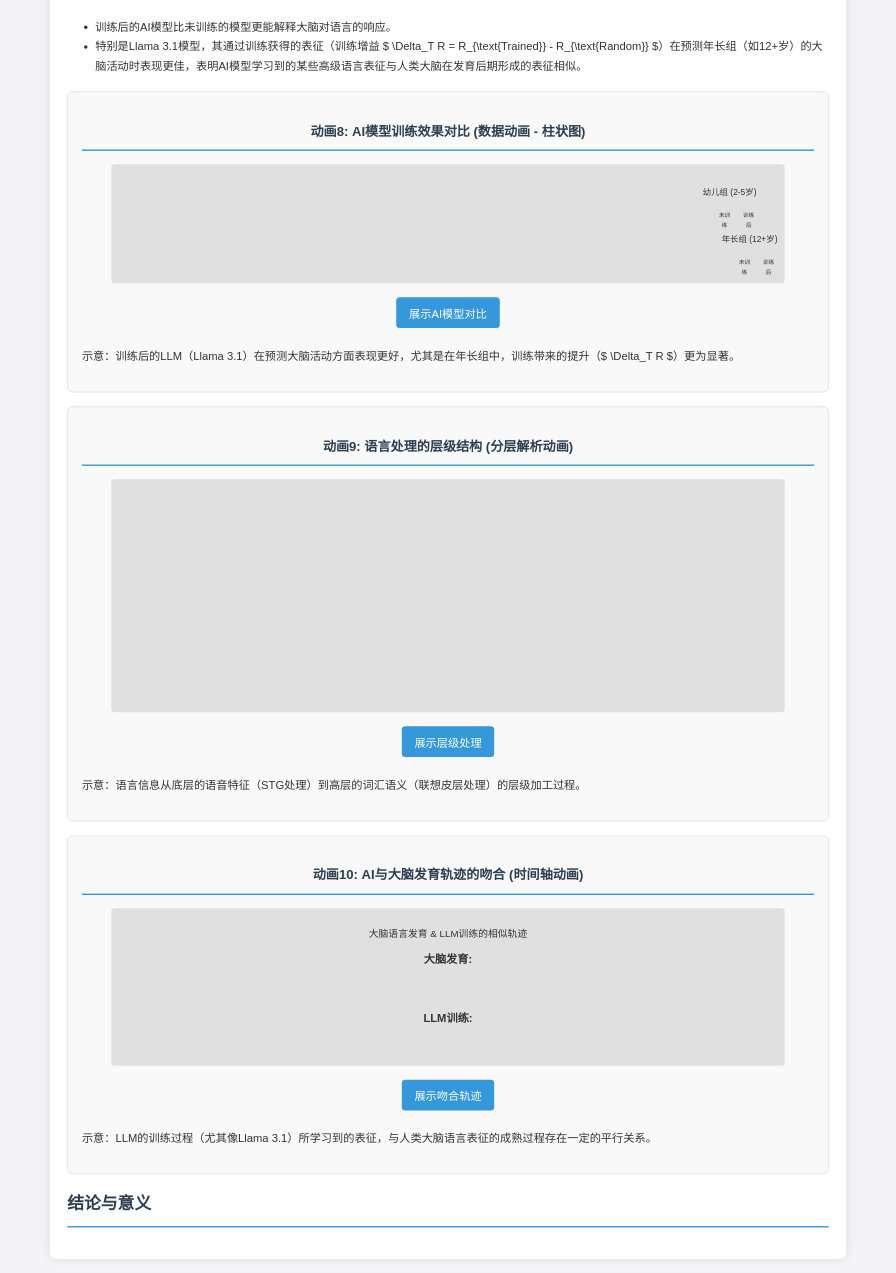
Repository: james130012/newcline
Page: useful/5.神经网络和年长大脑.html
An editor plug-in stored every save of this project. The page is shown before and after the next save, followed by the edit.
The browser window is 1280 px wide. The pictures show the part of the page from y = 4332 to 6252 px (the page is 6150 px tall before and 6252 px after), at 70% of full size.

Above is the page before, as saved 2025-05-16 08:05:32.

### useful/5.神经网络和年长大脑.html
<!DOCTYPE html>
<html lang="zh-CN">
<head>
    <meta charset="UTF-8">
    <meta name="viewport" content="width=device-width, initial-scale=1.0">
    <title>研究解读：语言在发育中大脑的涌现</title>
    <script src="https://unpkg.com/mathjax@3/es5/tex-mml-chtml.js" id="MathJax-script" async></script>
    <style>
        body {
            font-family: 'Arial', 'Helvetica Neue', 'Microsoft YaHei', sans-serif;
            line-height: 1.8;
            margin: 0;
            padding: 0;
            background-color: #f4f4f8;
            color: #333;
        }
        .container {
            width: 85%;
            margin: 20px auto;
            padding: 25px;
            background-color: #fff;
            box-shadow: 0 0 15px rgba(0,0,0,0.1);
            border-radius: 10px;
        }
        h1, h2, h3 {
            color: #2c3e50;
            border-bottom: 2px solid #3498db;
            padding-bottom: 10px;
        }
        h1 { text-align: center; }
        p { text-align: justify; }
        .animation-container {
            border: 1px solid #ddd;
            padding: 20px;
            margin: 20px 0;
            border-radius: 8px;
            background-color: #f9f9f9;
            text-align: center;
        }
        .animation-box {
            width: 90%;
            min-height: 150px;
            background-color: #e0e0e0;
            margin: 10px auto;
            padding:10px;
            border-radius: 5px;
            display: flex;
            align-items: center;
            justify-content: center;
            flex-direction: column;
            position: relative;
            overflow: hidden;
        }
        button {
            background-color: #3498db;
            color: white;
            border: none;
            padding: 10px 18px;
            text-align: center;
            text-decoration: none;
            display: inline-block;
            font-size: 16px;
            margin: 10px 5px;
            cursor: pointer;
            border-radius: 5px;
            transition: background-color 0.3s ease;
        }
        button:hover {
            background-color: #2980b9;
        }
        .hidden { display: none; }
        .fade-in { animation: fadeIn 1s ease-in-out; }
        @keyframes fadeIn {
            from { opacity: 0; }
            to { opacity: 1; }
        }
        .brain-outline {
            width: 100px;
            height: 100px;
            background-image: url('data:[embedded picture, 957 characters]');
            background-repeat: no-repeat;
            background-position: center;
            background-size: contain;
        }
        .sound-wave {
            width: 30px;
            height: 50px;
            background-image: url('data:[embedded picture, 235 characters]');
            animation: pulse 1.5s infinite;
            opacity: 0;
        }
        @keyframes pulse {
            0%, 100% { transform: scale(1); }
            50% { transform: scale(1.2); }
        }
        @keyframes pop-in {
            from { transform: scale(0); opacity: 0; }
            to { transform: scale(1); opacity: 1; }
        }
        .bar-chart-bar {
            background-color: #3498db;
            margin: 0 5px;
            display: inline-block;
            transition: height 1s ease-in-out;
            width: 30px;
            position: relative;
        }
        .bar-label {
            position: absolute;
            bottom: -20px;
            width: 100%;
            text-align: center;
            font-size: 10px;
        }
        .process-step {
            margin: 5px;
            padding: 10px;
            border: 1px solid #ccc;
            border-radius: 4px;
            display: inline-block;
            opacity: 0;
            transform: translateX(-20px);
            transition: opacity 0.5s, transform 0.5s;
        }
        .arrow {
            font-size: 20px;
            margin: 0 10px;
            opacity: 0;
            transition: opacity 0.5s 0.3s;
        }
        .flow-box {
            padding: 15px;
            border: 2px dashed #2ecc71;
            margin:10px;
            border-radius:5px;
            width:40%;
            text-align:center;
        }
        .line-graph-point {
            width: 8px;
            height: 8px;
            border-radius: 50%;
            position: absolute;
            background-color: red;
            opacity:0;
        }
        .legend-item {
            display:inline-block;
            margin-right:15px;
            font-size:12px;
        }
        .legend-color {
            width:12px;
            height:12px;
            display:inline-block;
            margin-right:5px;
            vertical-align:middle;
        }
        .brain-region {
            position:absolute;
            border:1px solid;
            border-radius:50%;
            padding:5px;
            font-size:10px;
            text-align:center;
            transition: background-color 0.5s, transform 0.5s;
        }
        .stg {
            top:40%;
            left:20%;
            width:30px;
            height:30px;
            background-color:#f39c12;
            border-color:#d35400;
        }
        .assoc-cortex {
            top:20%;
            left:50%;
            width:50px;
            height:50px;
            background-color:#3498db;
            border-color:#2980b9;
        }
        .hier-level {
            margin: 10px;
            padding: 10px;
            background-color: #ecf0f1;
            border-radius: 4px;
            border-left: 5px solid;
            transition: transform 0.5s, opacity 0.5s;
        }
        .phoneme-level { border-color: #e74c3c; }
        .word-level { border-color: #2ecc71; }
        .timeline {
            display: flex;
            justify-content: space-between;
            margin-top:10px;
            padding: 0 10%;
        }
        .timeline-event {
            opacity: 0;
            transition: opacity 1s;
            background-color: #95a5a6;
            color:white;
            padding:5px;
            border-radius:3px;
            font-size:12px;
        }
    </style>
</head>
<body>
    <div class="container">
        <h1>研究解读：语言在发育中大脑的涌现</h1>
        <p>本文基于 Linnea Evanson 等人于2025年5月12日发表的研究《Emergence of Language in the Developing Brain》，从物理和逻辑层面探讨儿童、青少年及成人在语言发展过程中大脑神经机制的奥秘。</p>

        <h2>引言：语言习得的奇迹</h2>
        <p>儿童仅凭数百万词汇的输入便能掌握复杂的语言，这一能力令人惊叹，但其背后的大脑机制仍有许多未知。该研究通过先进的神经科学技术和计算模型，旨在揭示语言表征在不同年龄段大脑中的位置、动态及其发展层级。</p>

        <div class="animation-container">
            <h3>动画1: 研究核心探索 (概念动画)</h3>
            <div class="animation-box" id="anim1-box">
                <div class="brain-outline" id="anim1-brain"></div>
                <div class="sound-wave" id="anim1-sound" style="left: 20%;"></div>
                <div id="anim1-text" class="word-bubble hidden" style="margin-top:10px;">大脑如何处理和学习语言？</div>
            </div>
            <button onclick="playAnim1()">播放动画</button>
            <p>示意：声波进入大脑，大脑特定区域被激活，展现语言处理过程。</p>
        </div>

        <h2>研究方法：多维度解析</h2>
        <p>研究团队记录了46名因癫痫监测而植入颅内电极的参与者（年龄从2岁到46岁不等）在聆听法语有声书《小王子》时的神经活动数据，涉及超过7400个电极。他们运用了基于语言学理论和大型语言模型（LLMs）的神经编码与解码模型来分析这些数据。</p>

        <div class="animation-container">
            <h3>动画2: 被试年龄分布 (数据动画)</h3>
            <div class="animation-box" id="anim2-box" style="display:flex; align-items:flex-end; height:120px;">
                <div id="bar_2_5" class="bar-chart-bar" style="height:0px; background-color:#1abc9c;"><span class="bar-label">2-5岁 (n=10)</span></div>
                <div id="bar_6_11" class="bar-chart-bar" style="height:0px; background-color:#3498db;"><span class="bar-label">6-11岁 (n=16)</span></div>
                <div id="bar_12_plus" class="bar-chart-bar" style="height:0px; background-color:#9b59b6;"><span class="bar-label">12+岁 (n=20)</span></div>
            </div>
            <button onclick="playAnim2()">展示数据</button>
            <p>示意：柱状图展示三个年龄组的被试数量。2-5岁组有10名参与者，6-11岁组有16名，12岁以上组有20名。</p>
        </div>

        <div class="animation-container">
            <h3>动画3: 实验流程示意 (流程动画)</h3>
            <div class="animation-box" id="anim3-box">
                <span id="anim3-step1" class="process-step">儿童/成人被试</span>
                <span id="anim3-arrow1" class="arrow">&rarr;</span>
                <span id="anim3-step2" class="process-step">听《小王子》有声书</span>
                <span id="anim3-arrow2" class="arrow">&rarr;</span>
                <span id="anim3-step3" class="process-step">颅内脑电(SEEG)记录</span>
            </div>
            <button onclick="playAnim3()">展示流程</button>
            <p>示意：被试听故事，同时记录其大脑神经活动。</p>
        </div>

        <div class="animation-container">
            <h3>动画4: 神经编码与解码模型 (概念/流程动画)</h3>
            <div class="animation-box" id="anim4-box" style="flex-direction: row; justify-content: space-around;">
                <div id="anim4-encoding" class="flow-box hidden">
                    <h4>编码 (Encoding)</h4>
                    语言特征 &rarr; 模型 &rarr; 预测大脑活动
                    <p style="font-size:12px;">$ \text{预测脑活动} \approx W \cdot \overline{Y}_{\text{语言特征}} $</p>
                    <p style="font-size:10px;">目标: $ \min_W ||X - \overline{Y}W||^2 + \lambda_c ||W||^2 $</p>
                </div>
                <div id="anim4-decoding" class="flow-box hidden">
                    <h4>解码 (Decoding)</h4>
                    大脑活动 &rarr; 模型 &rarr; 预测语言特征
                    <p style="font-size:12px;">$ \text{预测语言特征} \approx V \cdot \overline{X}_{\text{脑活动}} $</p>
                </div>
            </div>
            <button onclick="playAnim4('encoding')">理解编码</button>
            <button onclick="playAnim4('decoding')">理解解码</button>
            <p>示意：编码是将语言特征映射到大脑活动，解码则相反。</p>
        </div>

        <h2>核心发现：语言表征的动态发展</h2>
        <p>研究发现，即便在2-5岁的幼儿大脑中，也已存在广泛的语言特征表征。然而，这些表征会随着年龄增长而演化：</p>
        <ul>
            <li><b>快速语音特征（如音素）</b>：在最年幼的个体（2-5岁）的颞上回（STG）就已出现。</li>
            <li><b>较慢的词级表征</b>：仅在年龄较大的个体（如12岁以上）的联想皮层中才涌现。</li>
        </ul>

        <div class="animation-container">
            <h3>动画5: 语音与词汇表征的年龄差异 (空间结构动画)</h3>
            <div class="animation-box" id="anim5-box">
                <div style="text-align:center; margin-bottom:10px;">
                    <span class="legend-item"><span class="legend-color" style="background-color:#f39c12;"></span>语音表征 (STG)</span>
                    <span class="legend-item"><span class="legend-color" style="background-color:#3498db;"></span>词汇表征 (联想皮层)</span>
                </div>
                <div id="anim5-brain-young" class="brain-outline" style="display:inline-block; margin-right:20px; position:relative;">
                    <div class="brain-region stg" id="anim5-young-phonetic" style="opacity:0;"></div>
                    <div class="brain-region assoc-cortex" id="anim5-young-word" style="opacity:0; background-color:#aed6f1;"></div>
                    <p style="font-size:12px; margin-top:105px;">2-5岁</p>
                </div>
                <div id="anim5-brain-older" class="brain-outline" style="display:inline-block; position:relative;">
                    <div class="brain-region stg" id="anim5-older-phonetic" style="opacity:0;"></div>
                    <div class="brain-region assoc-cortex" id="anim5-older-word" style="opacity:0;"></div>
                    <p style="font-size:12px; margin-top:105px;">12+岁</p>
                </div>
            </div>
            <button onclick="playAnim5()">对比表征区域</button>
            <p>示意：幼儿的颞上回（STG）已处理语音，而词汇表征在年长者联想皮层更显著。</p>
        </div>

        <p>在时间动态上，语音特征的神经响应在音素出现前即开始，约150毫秒达到峰值后迅速回落。相比之下，词汇特征的神经响应在词语出现前1秒便开始上升，约350毫秒达到峰值，并持续长达2秒。</p>

        <div class="animation-container">
            <h3>动画6: 语言特征的时间动态 (数据动画 - 曲线图)</h3>
            <div class="animation-box" id="anim6-box" style="height:150px;">
                <svg width="90%" height="130" style="border:1px solid #ccc; background-color:white;">
                    <line x1="10" y1="110" x2="280" y2="110" stroke="black" stroke-width="1"/>
                    <line x1="10" y1="10" x2="10" y2="110" stroke="black" stroke-width="1"/>
                    <polyline id="anim6-phonetic-curve" points="" stroke="#e74c3c" stroke-width="2" fill="none" style="opacity:0;"/>
                    <polyline id="anim6-lexical-curve" points="" stroke="#2980b9" stroke-width="2" fill="none" style="opacity:0;"/>
                    <text x="50" y="125" font-size="10">0ms</text>
                    <text x="100" y="125" font-size="10">150ms</text>
                    <text x="150" y="125" font-size="10">350ms</text>
                    <text x="200" y="125" font-size="10">~1s</text>
                </svg>
                <div style="text-align:center; margin-top:5px;">
                    <span class="legend-item"><span class="legend-color" style="background-color:#e74c3c;"></span>语音特征</span>
                    <span class="legend-item"><span class="legend-color" style="background-color:#2980b9;"></span>词汇特征</span>
                </div>
            </div>
            <button onclick="playAnim6()">展示时间曲线</button>
            <p>示意：语音特征响应快而短暂，词汇特征响应慢而持久。</p>
        </div>

        <p>从大脑区域来看，语言表征网络随着年龄增长而扩展。年幼组（2-5岁）在颞上回（STG）有清晰的语言表征，但在顶下小叶（IPL）、外侧/额下皮层（L/IFC）和颞前叶（ATL）的表征相较于年长组则不明显或缺失。这表明语言功能从核心区域逐渐扩展到更广泛的皮层网络。</p>

        <div class="animation-container">
            <h3>动画7: 大脑区域贡献的演变 (网络/空间动画)</h3>
            <div class="animation-box" id="anim7-box" style="background-image: url('data:[embedded picture, 914 characters]');
                background-repeat: no-repeat;
                background-position: center;
                background-size: contain;
                position: relative;
                height: 150px;
            </div>
            <div id="anim7-status" style="position:absolute; top:5px; left:5px; font-size:14px; background:rgba(255,255,255,0.7); padding:3px;">年龄: 2-5岁</div>
            <button onclick="playAnim7()">展示区域激活演变</button>
            <p>示意：语言网络激活从STG核心区随年龄增长扩展到L/IFC、ATL等区域。</p>
        </div>

        <h2>AI模型的启示：模拟与验证</h2>
        <p>引人注目的是，大型语言模型（如wav2vec 2.0处理语音，Llama 3.1处理文本）能够自发捕捉到这种神经发育轨迹。研究显示：</p>
        <ul>
            <li>训练后的AI模型比未训练的模型更能解释大脑对语言的响应。</li>
            <li>特别是Llama 3.1模型，其通过训练获得的表征（训练增益 $ \Delta_T R = R_{\text{Trained}} - R_{\text{Random}} $）在预测年长组（如12+岁）的大脑活动时表现更佳，表明AI模型学习到的某些高级语言表征与人类大脑在发育后期形成的表征相似。</li>
        </ul>

        <div class="animation-container">
            <h3>动画8: AI模型训练效果对比 (数据动画 - 柱状图)</h3>
            <div class="animation-box" id="anim8-box" style="display:flex; align-items:flex-end; height:120px;">
                <div style="margin-right:30px;">
                    <p style="font-size:12px; margin-bottom:5px;">幼儿组 (2-5岁)</p>
                    <div id="bar_young_untrained" class="bar-chart-bar" style="height:0px; background-color:#f1c40f; width:20px;"><span class="bar-label" style="font-size:8px;">未训练</span></div>
                    <div id="bar_young_trained" class="bar-chart-bar" style="height:0px; background-color:#e67e22; width:20px;"><span class="bar-label" style="font-size:8px;">训练后</span></div>
                </div>
                <div>
                    <p style="font-size:12px; margin-bottom:5px;">年长组 (12+岁)</p>
                    <div id="bar_old_untrained" class="bar-chart-bar" style="height:0px; background-color:#f1c40f; width:20px;"><span class="bar-label" style="font-size:8px;">未训练</span></div>
                    <div id="bar_old_trained" class="bar-chart-bar" style="height:0px; background-color:#e67e22; width:20px;"><span class="bar-label" style="font-size:8px;">训练后</span></div>
                </div>
            </div>
            <button onclick="playAnim8()">展示AI模型对比</button>
            <p>示意：训练后的LLM（Llama 3.1）在预测大脑活动方面表现更好，尤其是在年长组中，训练带来的提升（$ \Delta_T R $）更为显著。</p>
        </div>

        <div class="animation-container">
            <h3>动画9: 语言处理的层级结构 (分层解析动画)</h3>
            <div class="animation-box" id="anim9-box">
                <div id="anim9-level1" class="hier-level phoneme-level" style="opacity:0;">输入: "猫" (语音信号)</div>
                <div id="anim9-arrow1" style="font-size:24px; margin:5px 0; opacity:0;">&darr;</div>
                <div id="anim9-level2" class="hier-level phoneme-level" style="opacity:0;">初级处理 (STG): 音素 /m/, /aʊ/</div>
                <div id="anim9-arrow2" style="font-size:24px; margin:5px 0; opacity:0;">&darr;</div>
                <div id="anim9-level3" class="hier-level word-level" style="opacity:0;">高级处理 (联想皮层): 词义 "猫"</div>
            </div>
            <button onclick="playAnim9()">展示层级处理</button>
            <p>示意：语言信息从底层的语音特征（STG处理）到高层的词汇语义（联想皮层处理）的层级加工过程。</p>
        </div>

        <div class="animation-container">
            <h3>动画10: AI与大脑发育轨迹的吻合 (时间轴动画)</h3>
            <div class="animation-box" id="anim10-box" style="flex-direction:column;">
                <p style="font-size:14px; margin-bottom:10px;">大脑语言发育 & LLM训练的相似轨迹</p>
                <div style="width:80%;">
                    <strong>大脑发育:</strong>
                    <div class="timeline">
                        <span id="anim10-brain-s1" class="timeline-event">幼儿期 (语音基础)</span>
                        <span id="anim10-brain-s2" class="timeline-event">学龄期 (词汇丰富)</span>
                        <span id="anim10-brain-s3" class="timeline-event">成年期 (高级语义)</span>
                    </div>
                </div>
                <div style="width:80%; margin-top:15px;">
                    <strong>LLM训练:</strong>
                    <div class="timeline">
                        <span id="anim10-llm-s1" class="timeline-event">早期训练 (基础模式)</span>
                        <span id="anim10-llm-s2" class="timeline-event">中期训练 (复杂结构)</span>
                        <span id="anim10-llm-s3" class="timeline-event">后期训练 (类人表征)</span>
                    </div>
                </div>
            </div>
            <button onclick="playAnim10()">展示吻合轨迹</button>
            <p>示意：LLM的训练过程（尤其像Llama 3.1）所学习到的表征，与人类大脑语言表征的成熟过程存在一定的平行关系。</p>
        </div>

        <h2>结论与意义</h2>

After the next save:
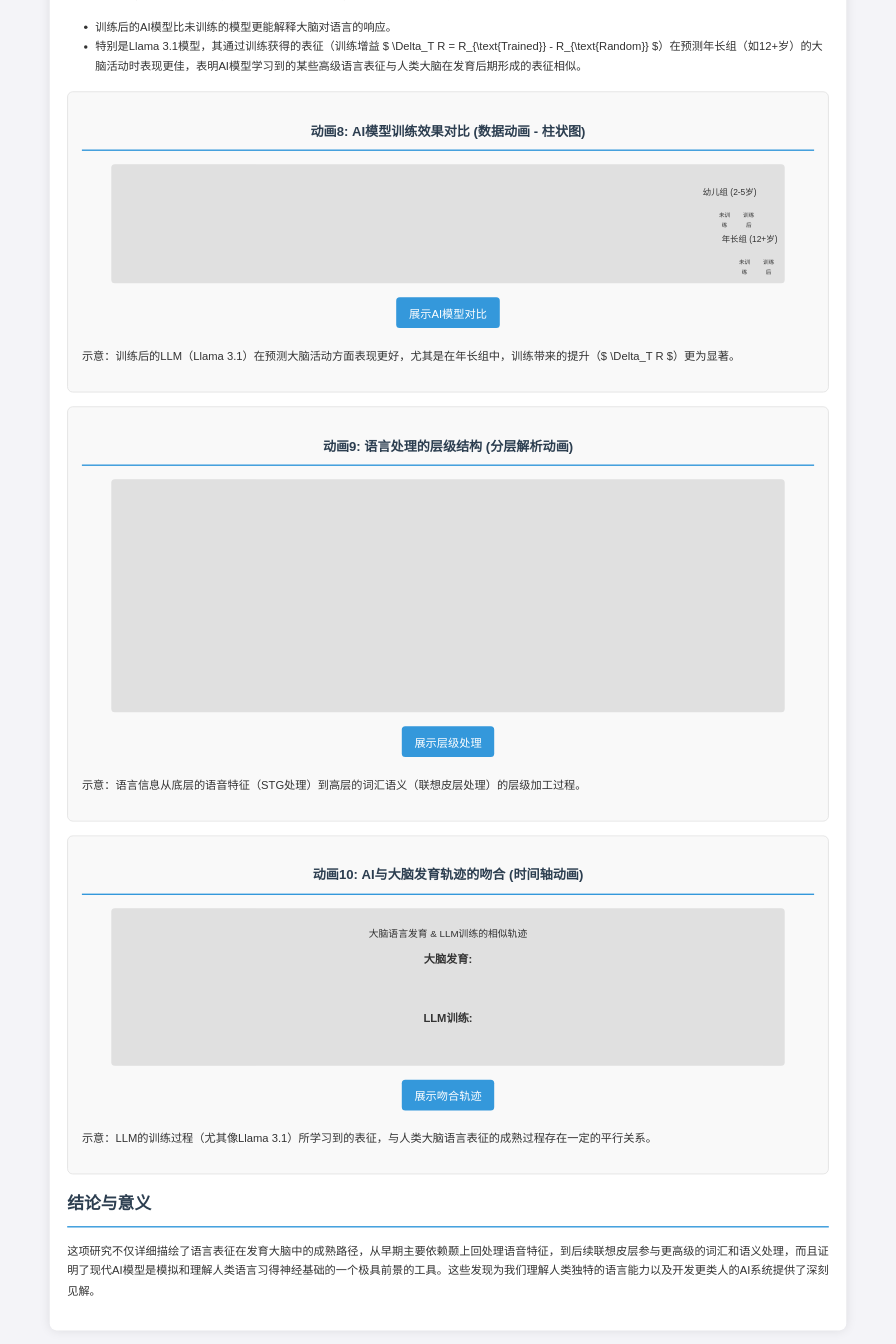
Saved 10 s later.
--- a/useful/5.神经网络和年长大脑.html
+++ b/useful/5.神经网络和年长大脑.html
@@ -407,3 +407,27 @@
         </div>
 
         <h2>结论与意义</h2>
+        <p>这项研究不仅详细描绘了语言表征在发育大脑中的成熟路径，从早期主要依赖颞上回处理语音特征，到后续联想皮层参与更高级的词汇和语义处理，而且证明了现代AI模型是模拟和理解人类语言习得神经基础的一个极具前景的工具。这些发现为我们理解人类独特的语言能力以及开发更类人的AI系统提供了深刻见解。</p>
+    </div>
+
+    <script>
+        // 动画1: 声波进入大脑
+        function playAnim1() {
+            const sound = document.getElementById('anim1-sound');
+            const text = document.getElementById('anim1-text');
+            sound.style.animation = 'fadeIn 1s forwards';
+            setTimeout(() => {
+                text.classList.remove('hidden');
+                text.style.animation = 'pop-in 0.5s forwards';
+            }, 500);
+        }
+
+        // 动画2: 柱状图生长
+        function playAnim2() {
+            document.getElementById('bar_2_5').style.height = '60px';
+            document.getElementById('bar_6_11').style.height = '90px';
+            document.getElementById('bar_12_plus').style.height = '120px';
+        }
+
+        // 动画3: 流程步骤渐现
+        function playAnim3() {
